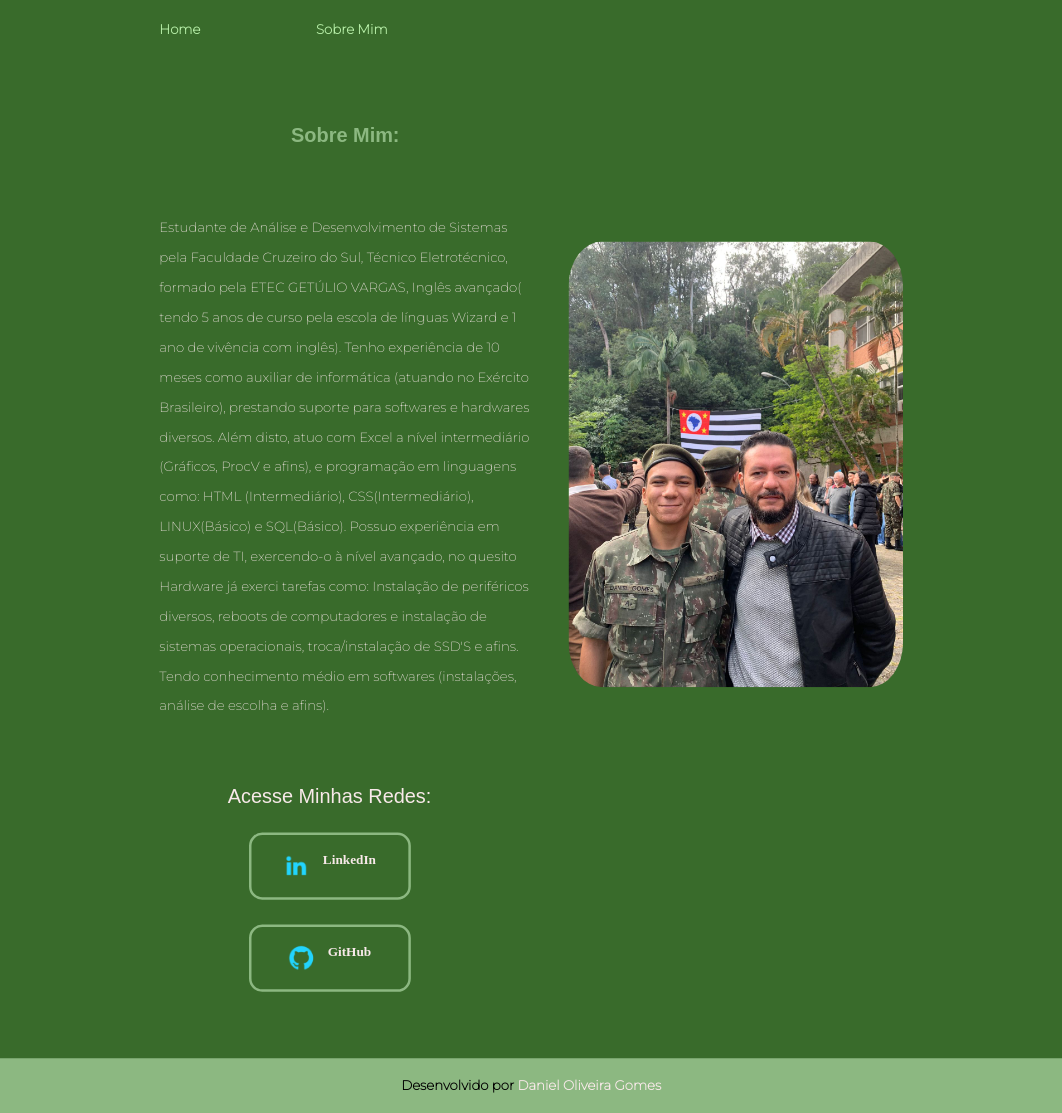
Repository: DamnDTX/Portfolio-Daniel-Oliveira-1
Page: about.html
An editor plug-in stored every save of this project. The page is shown before and after the next save, followed by the edit.
The browser window is 1280 px wide. The pictures show the whole page, at 83% of full size.
Some web fonts or font styles are not loaded; a fallback is used.

Above is the page before, as saved 2023-07-11 17:29:58.

After the next save:
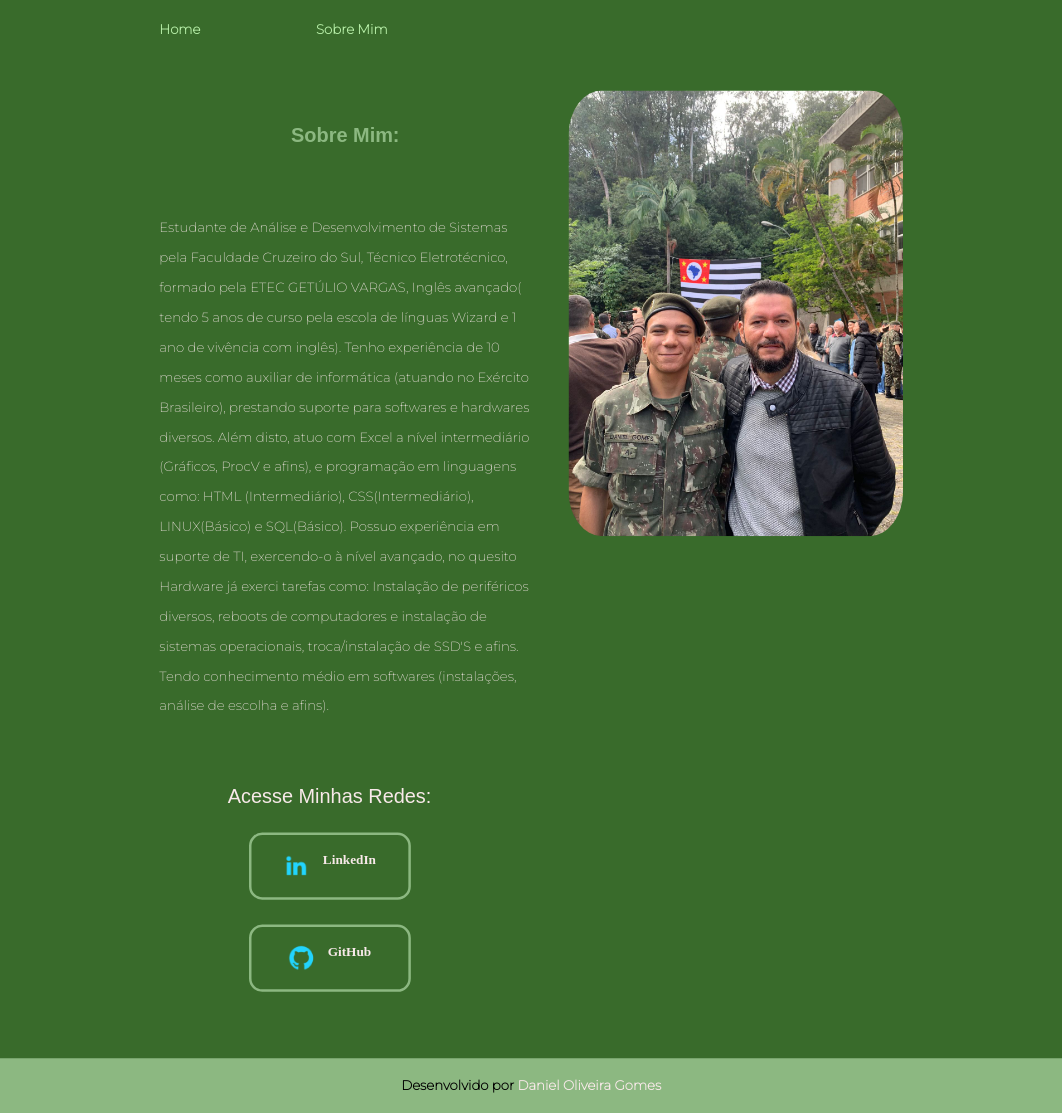
Saved 98 s later.
--- a/styles/about.css
+++ b/styles/about.css
@@ -87,7 +87,7 @@ gap: 40px;}
     height: 45%;
     width: 45%;
     border-radius: 10%;
-    margin-bottom: 200px;
+    margin-bottom: auto;
 }
 
  .principal__links{
